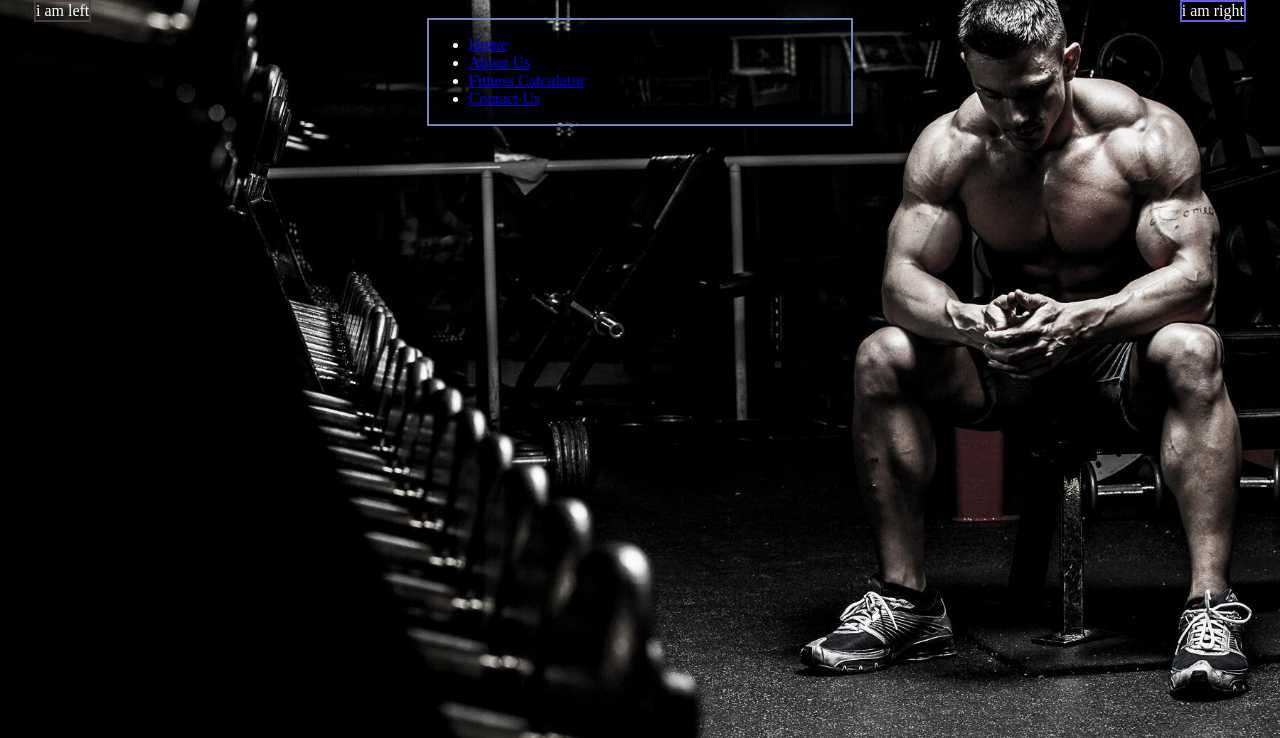
Repository: asthaasquare/project-1
Page: project-1/index.html
The author's editor kept a copy of each file at every save. The page is drawn from the files as they stood at one save, then again after a run of saves.
The browser window is 1280 px wide. The pictures show the whole page.

Above is the page before, as saved 2024-05-09 10:50:03.

After the next 2 saves:
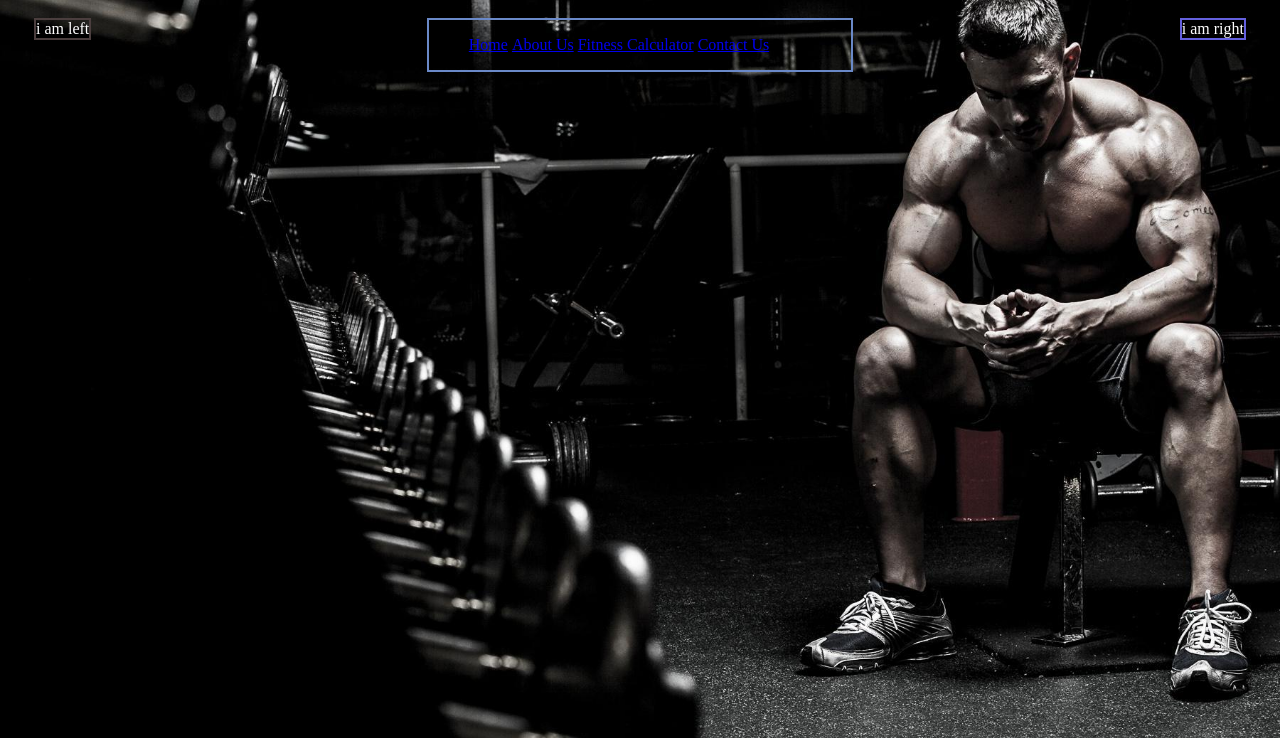
The 2 saves are shown as one change because they came seconds apart.
The last was saved 7 s later.
--- a/project-1/index.html
+++ b/project-1/index.html
@@ -41,7 +41,9 @@
         display: inline-block;
       }
 
-      .na
+      .navbar li{
+        display: inline-block;
+      }
       .header {
         position: relative; /* Set position to relative to allow absolute positioning of child elements */
       }
